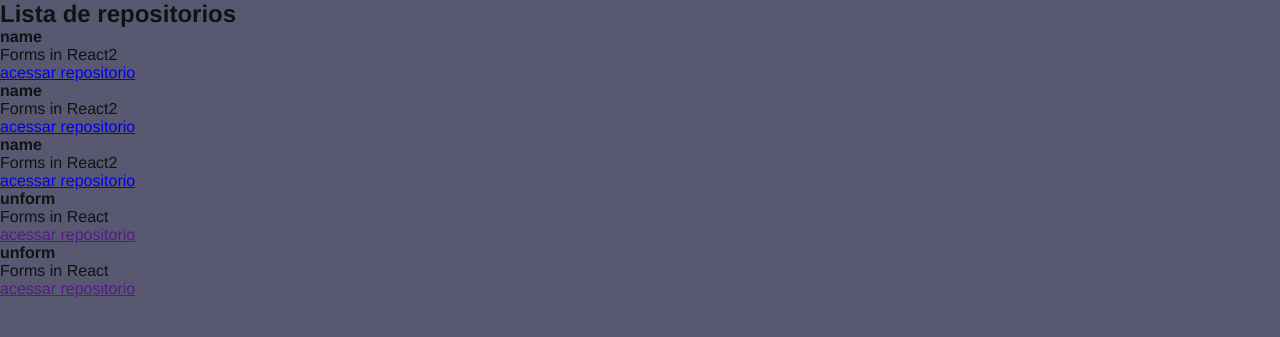
Repository: niltonmalves/01-githug-explorer
Page: /
An editor plug-in stored every save of this project. The page is shown before and after the next save, followed by the edit.
The browser window is 1280 px wide. The pictures show the whole page.
The project was rebuilt for these pictures with package versions that can differ from the ones it lists, and the page was loaded fresh each time. Also part of the build but not shown: webpack.config.js, src/components/Counter.jsx.

Above is the page before, as saved 2022-01-06 18:40:33.

After the next save:
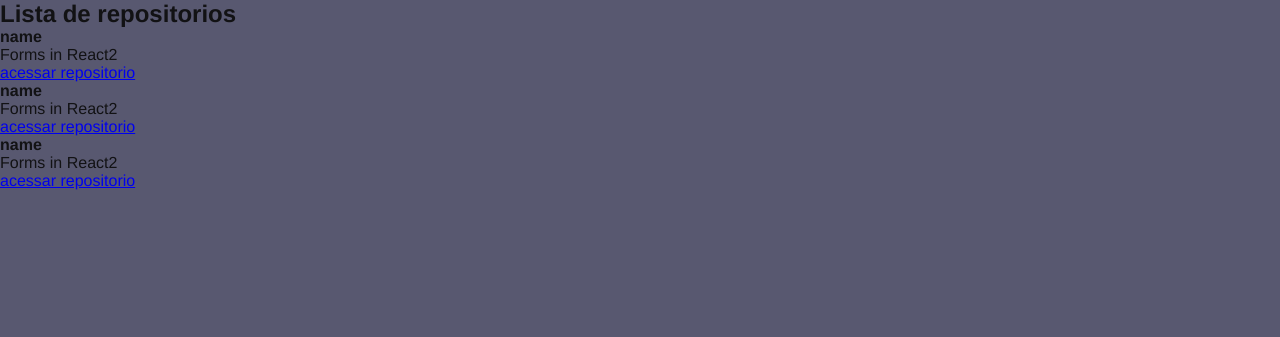
Saved 20 s later.
--- a/src/components/RepositoryList.jsx
+++ b/src/components/RepositoryList.jsx
@@ -17,21 +17,6 @@ export function RepositoryList() {
         <RepositoryItem respository={repository}/>
         <RepositoryItem respository={repository}/>
 
-
-          <li>
-              <strong>unform</strong>
-              <p>Forms in React</p>
-              <a href="">
-                  acessar repositorio
-              </a>
-          </li>
-          <li>
-              <strong>unform</strong>
-              <p>Forms in React</p>
-              <a href="">
-                  acessar repositorio
-              </a>
-          </li>
       </ul>
         </section>
     );
